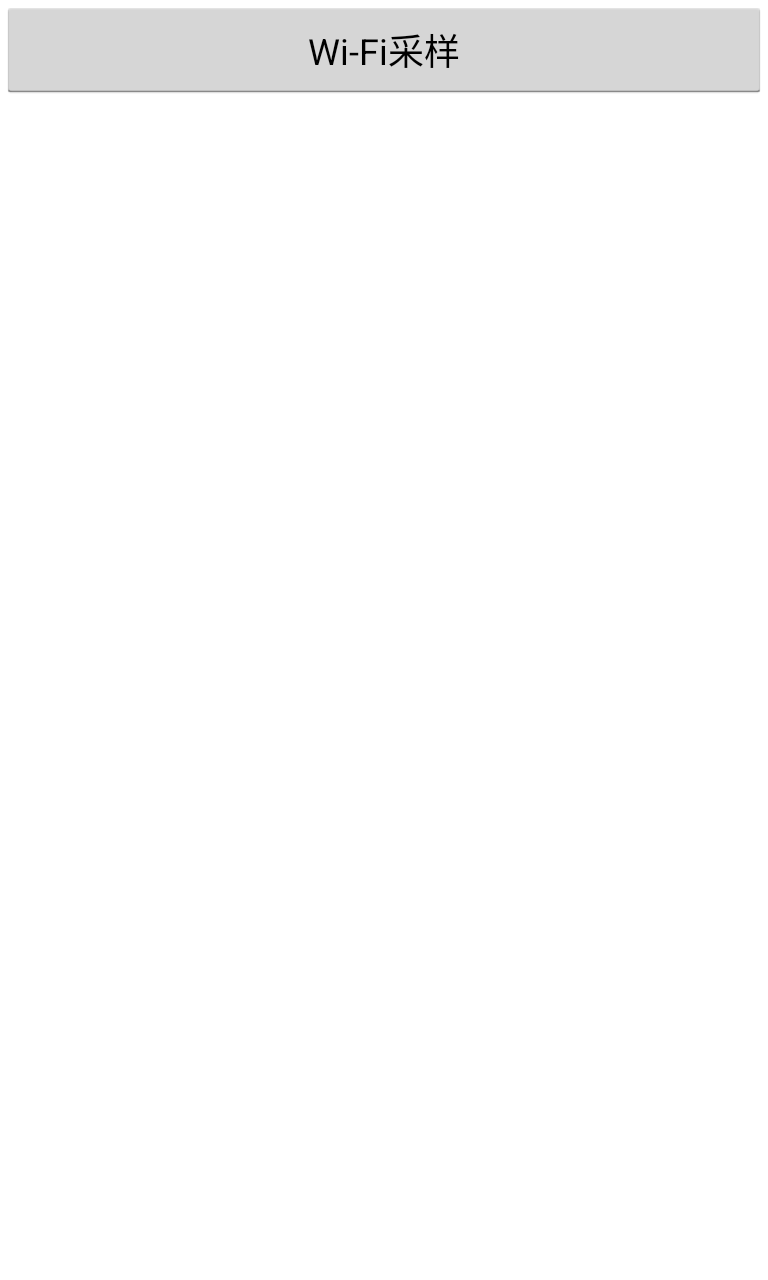
Repository: RenchuSong/tMap_Android
Layout: tmap_model_tool/res/layout/navigation.xml
An editor plug-in stored every save of this project. The layout is shown before and after the next save, followed by the edit.
It is drawn on a 768 x 1280 px phone screen (xhdpi) without system bars, with theme AppTheme; the app's code is not run.

Above is the layout before, as saved 2014-05-11 18:52:27.

### tmap_model_tool/res/layout/navigation.xml
<?xml version="1.0" encoding="utf-8"?>
<LinearLayout xmlns:android="http://schemas.android.com/apk/res/android"
    android:layout_width="match_parent"
    android:layout_height="match_parent"
    android:orientation="vertical" >

    <Button
        android:id="@+id/sampleBtn"
        android:layout_width="match_parent"
        android:layout_height="50dp"
        android:text="Wi-Fi采样" />

</LinearLayout>

Loaded but not shown: tmap_model_tool/res/values/styles.xml (common file); tmap_model_tool/res/values-v11/styles.xml (common file); tmap_model_tool/res/values-v14/styles.xml (common file)

After the next save:
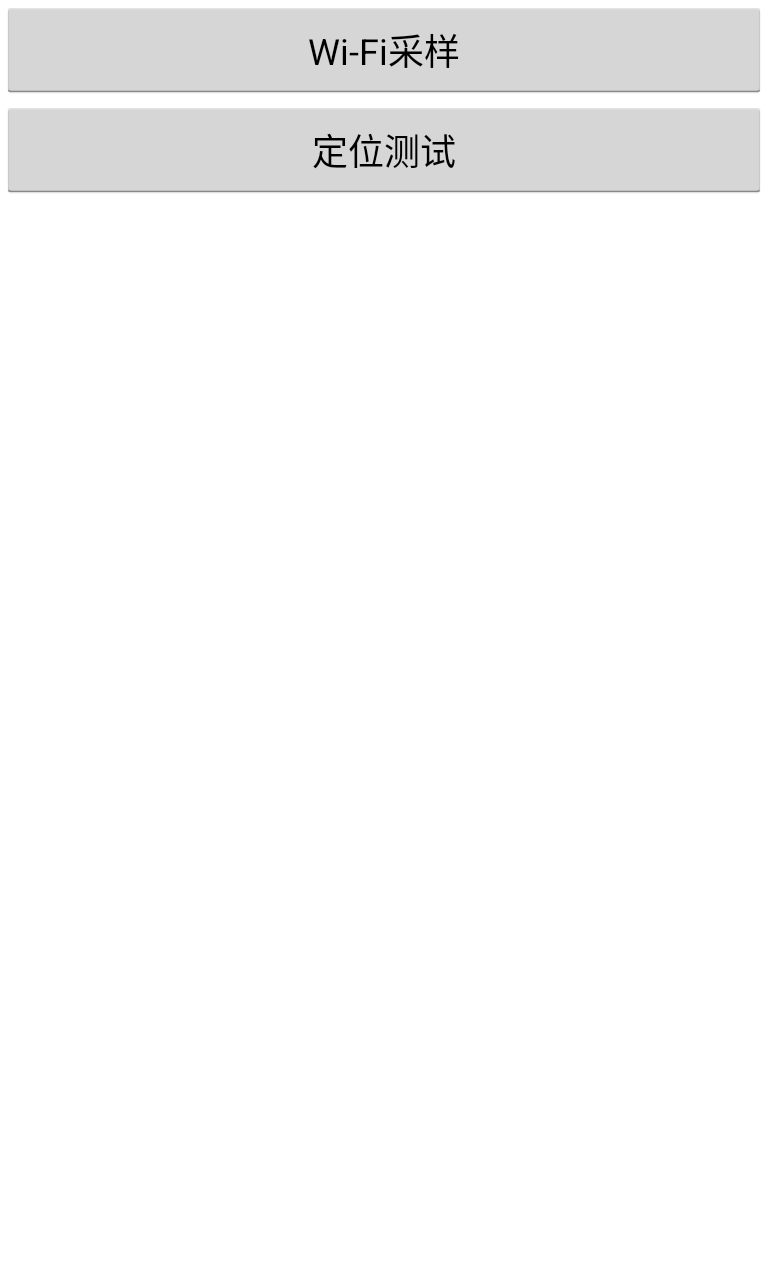
Saved 55 s later.
--- a/tmap_model_tool/res/layout/navigation.xml
+++ b/tmap_model_tool/res/layout/navigation.xml
@@ -10,4 +10,10 @@
         android:layout_height="50dp"
         android:text="Wi-Fi采样" />
 
+    <Button
+        android:id="@+id/locatingBtn"
+        android:layout_width="match_parent"
+        android:layout_height="50dp"
+        android:text="定位测试" />
+
 </LinearLayout>
